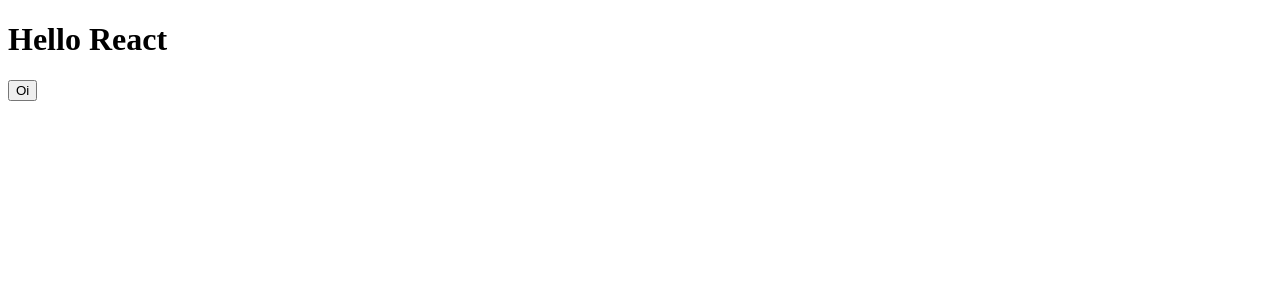
Repository: guilhermecardoso93/nlwreturn-react
Page: /
The author's editor kept a copy of each file at every save. The page is drawn from the files as they stood at one save, then again after the next save.
The browser window is 1280 px wide. The pictures show the whole page.
The project was rebuilt for these pictures with package versions that can differ from the ones it lists, and the page was loaded fresh each time. Also part of the build but not shown: vite.config.ts.

Above is the page before, as saved 2022-05-02 20:39:07.

After the next save:
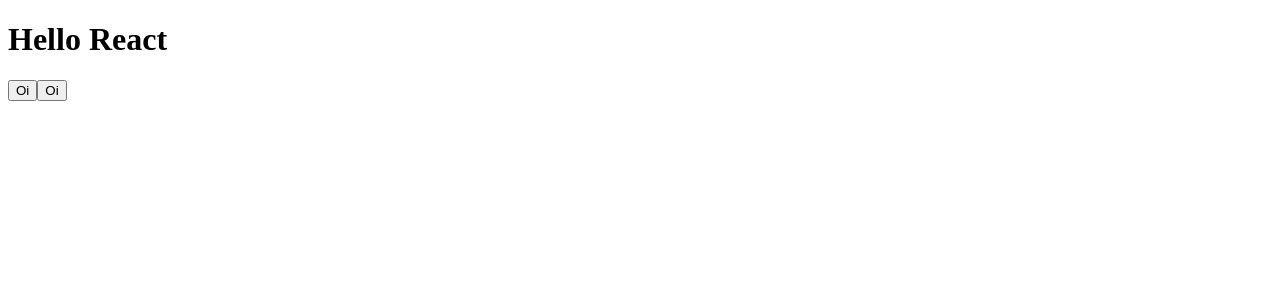
Saved 2 min 23 s later.
--- a/src/App.tsx
+++ b/src/App.tsx
@@ -1,4 +1,8 @@
-function Button() {
+interface ButtonProps{
+  text: string
+}
+
+function Button(props :ButtonProps ) {
   return <button>Oi</button>;
 }
 
@@ -6,7 +10,8 @@ function App() {
   return (
     <>
       <h1>Hello React</h1>
-      <Button/>
+      <Button text="Enviar"/>
+      <Button text="Oi"/>
     </>
   );
 }
